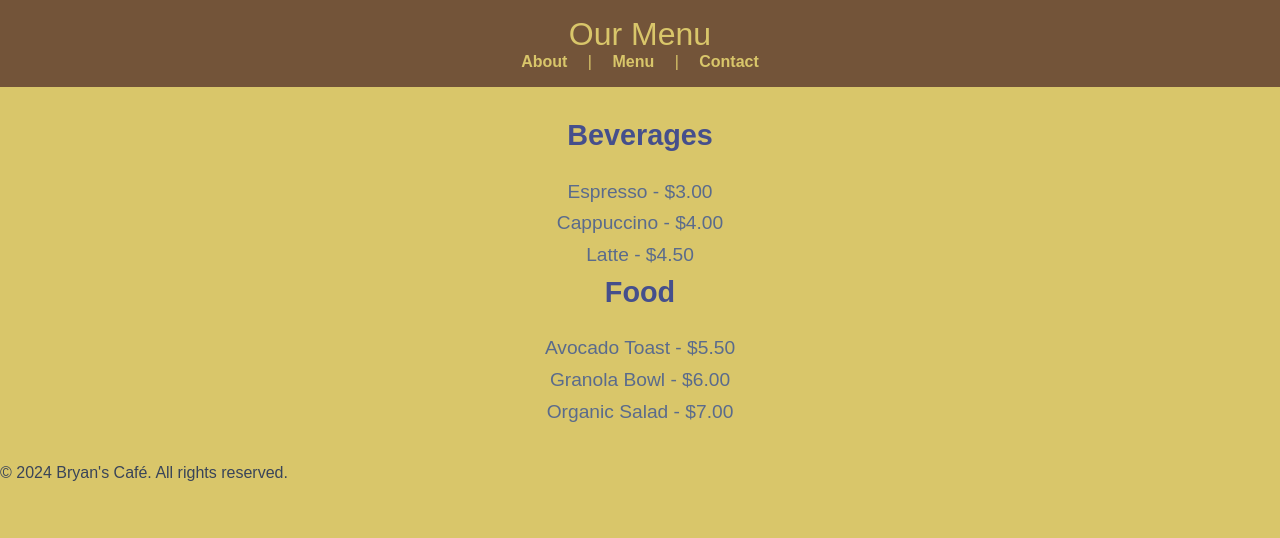
Repository: julianpedrazajf/bryancafe
Page: menu.html
These files come from the project's save history. The page is drawn as it stood at one moment and after the next save; the edit follows.
The browser window is 1280 px wide. The pictures show the whole page.

Above is the page before, as saved 2024-11-04 07:29:25.

After the next save:
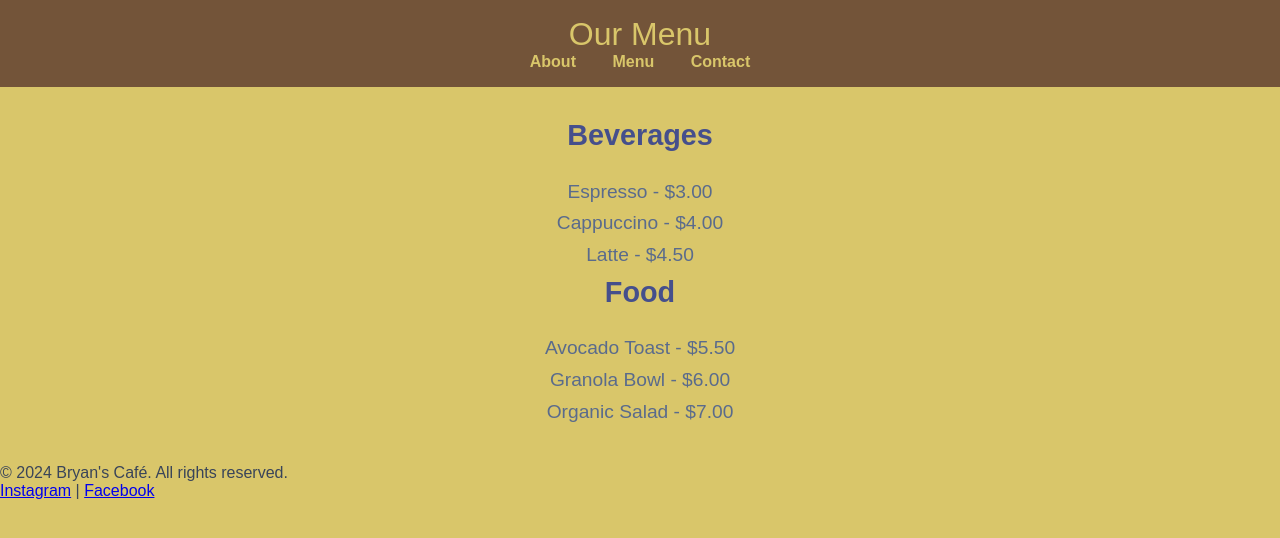
Saved 11 s later.
--- a/menu.html
+++ b/menu.html
@@ -4,14 +4,14 @@
     <meta charset="UTF-8">
     <meta name="viewport" content="width=device-width, initial-scale=1.0">
     <title>Menu - Bryan's Café</title>
-    <link rel="stylesheet" href="style.css">
+    <link rel="stylesheet" href="assets/css/style.css">
 </head>
 <body>
     <header>
         <h1>Our Menu</h1>
         <nav>
-            <a href="index.html">About</a> |
-            <a href="menu.html">Menu</a> |
+            <a href="index.html">About</a>
+            <a href="menu.html">Menu</a>
             <a href="contact.html">Contact</a>
         </nav>
     </header>
@@ -33,6 +33,9 @@
 
     <footer>
         <p>© 2024 Bryan's Café. All rights reserved.</p>
+        <div>
+            <a href="#">Instagram</a> | <a href="#">Facebook</a>
+        </div>
     </footer>
 </body>
 </html>
